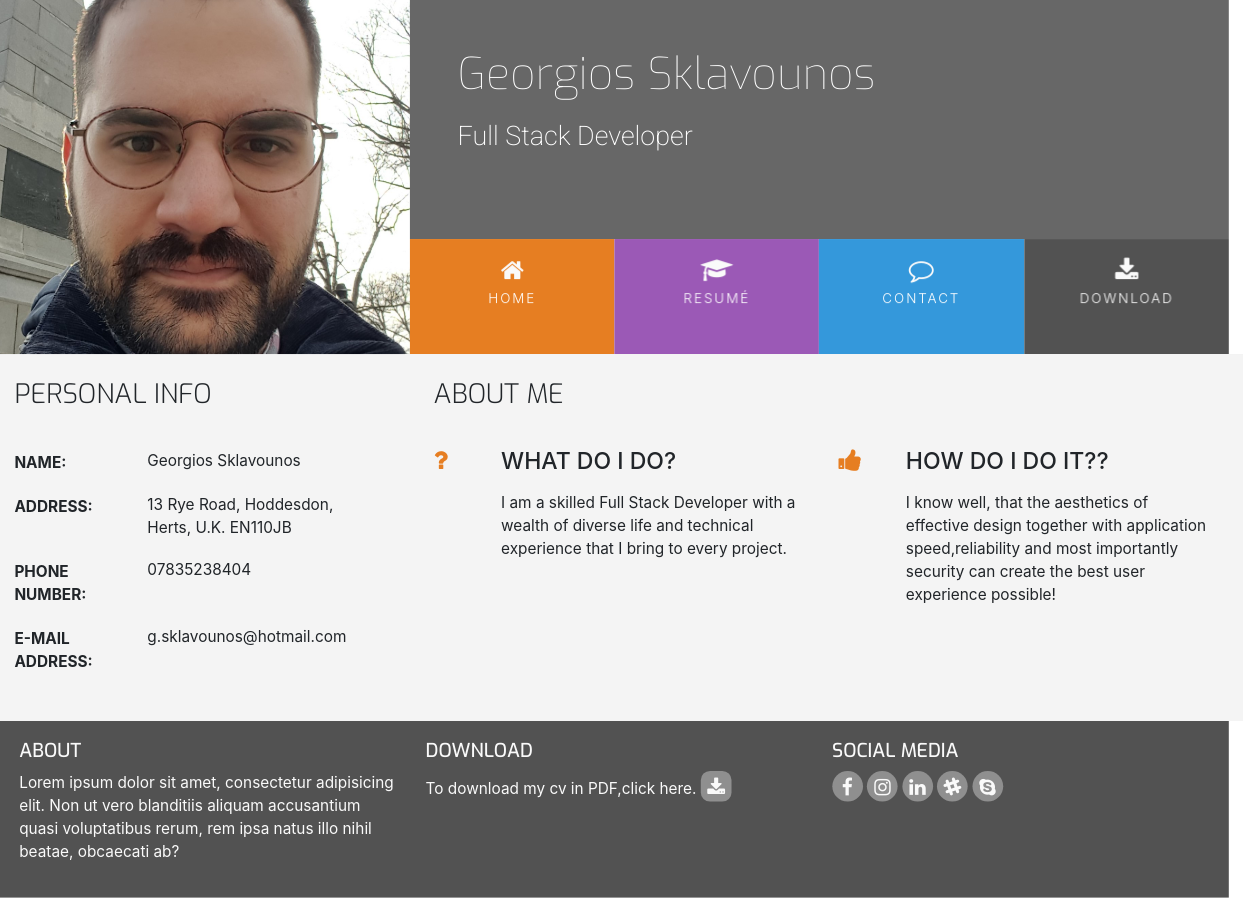
Repository: GeorgiosSklav/MyResume
Page: resume.html
The author's editor kept a record of every edit. The page is drawn from the files as they stood at one moment, then again after the next edit.
The browser window is 1280 px wide. The page is 1295 px wide, so the pictures cover 1295 px, including what lies to the right of the window. The pictures show the whole page, at 96% of full size.

Above is the page before.

After the next edit:
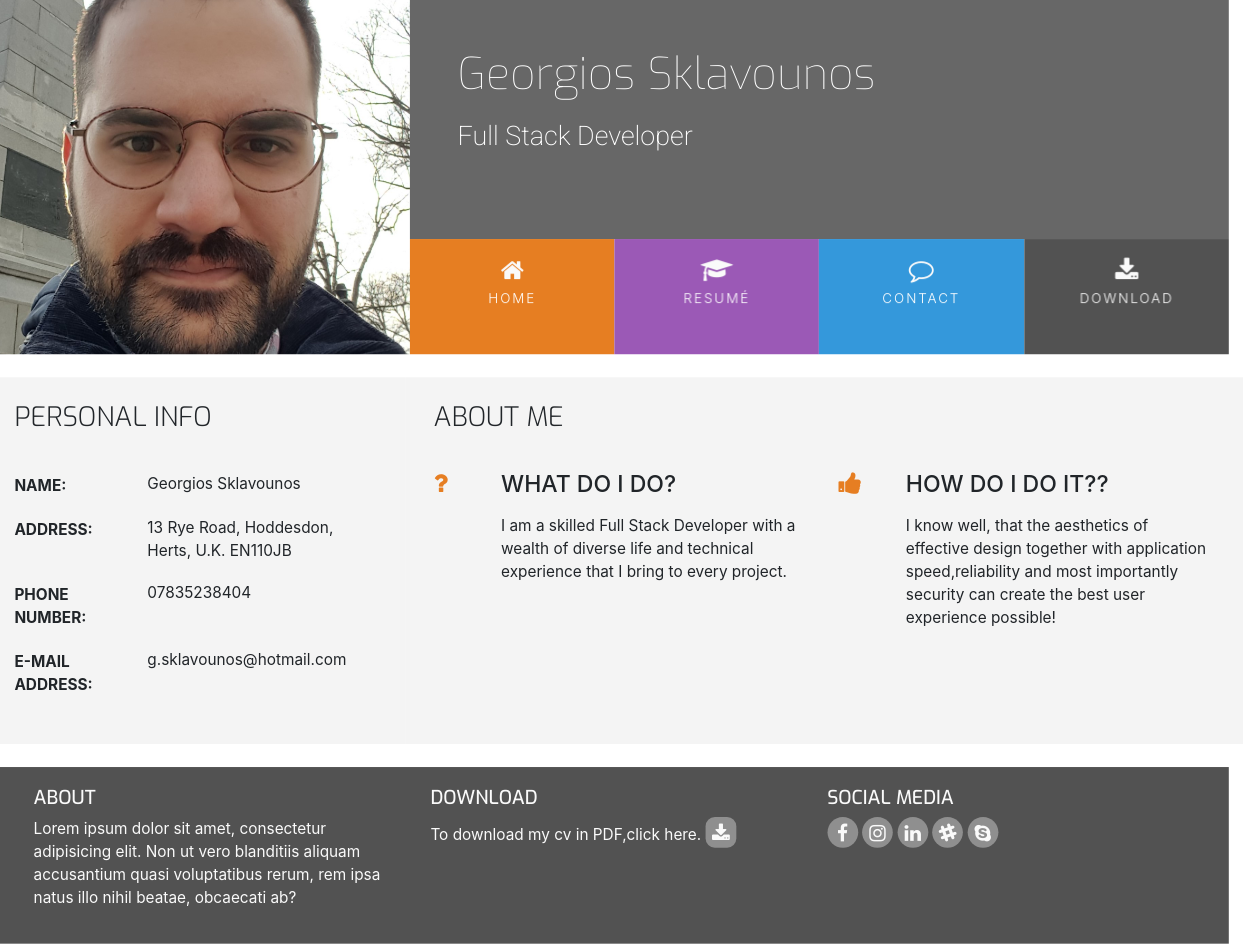
The edit:
--- a/assets/css/style.css
+++ b/assets/css/style.css
@@ -23,9 +23,11 @@
 .color-download {
     background-color: #525252;
 }
+
 .bg-color-three-reasons {
     background-color: #f4f4f4;
 }
+
 .bg-color-personal-info {
     background-color: #f4f4f4;
 }
@@ -52,9 +54,11 @@
 .inline-block {
     display: inline-block;
 }
+
 .row-table {
     display: table;
 }
+
 .section-column {
     display: table-cell;
     padding: 0 30px 30px;
@@ -67,6 +71,7 @@
     margin-top: 25px;
     margin-bottom: 40px;
 }
+
 /*----------------------heading*/
 
 header {
@@ -201,7 +206,7 @@
     -moz-transition: all 0.35s ease-in-out;
     -o-transition: all 0.35s ease-in-out;
     -webkit-transition: all 0.35s ease-in-out;*/
-       width: 32px;
+    width: 32px;
     height: 32px;
     padding: 12px 0;
     border-radius: 30%;
@@ -221,56 +226,58 @@
 .cv-pdf i:hover {
     color: #e84610;
 }
+
 .social-links i:hover {
-   color: #8f8f8f;
-   background: #e84610;
-}
+    color: #8f8f8f;
+    background: #e84610;
+}
+
 #footer-details {
     padding: 20px;
 }
+
 /*----------------------three-reasons*/
-.three-reasons-icon{
+
+.three-reasons-icon {
     font-size: 26px;
     color: #e67e22;
 }
+
 .three-reason-heading {
     margin-bottom: 15px;
 }
 
 /*----------------------personal-info*/
+
 .personal-info-item {
     margin-bottom: 20px;
     display: block;
     clear: both;
 }
+
 .personal-info-item .key,
 .personal-info-item .value {
     padding-right: 8px;
     display: inline-block;
 }
+
 .personal-info-item .key p,
 .personal-info-item .value p {
     margin: 0;
 }
+
 .personal-info-item .key {
     width: 30%;
     margin-right: 21px;
     padding-top: 2px;
     vertical-align: top;
 }
+
 .personal-info-item .key p {
     font-weight: 700;
 }
+
 .personal-info-item .value {
     width: 60%;
     position: relative;
 }
-/*----------------------Container-fluid*/
-
-.container-fluid {
-        width: 100%;
-    padding: 0;
-    padding-bottom: 0;
-    margin-right: auto;
-    margin-left: auto;
-}

After the edit that followed:
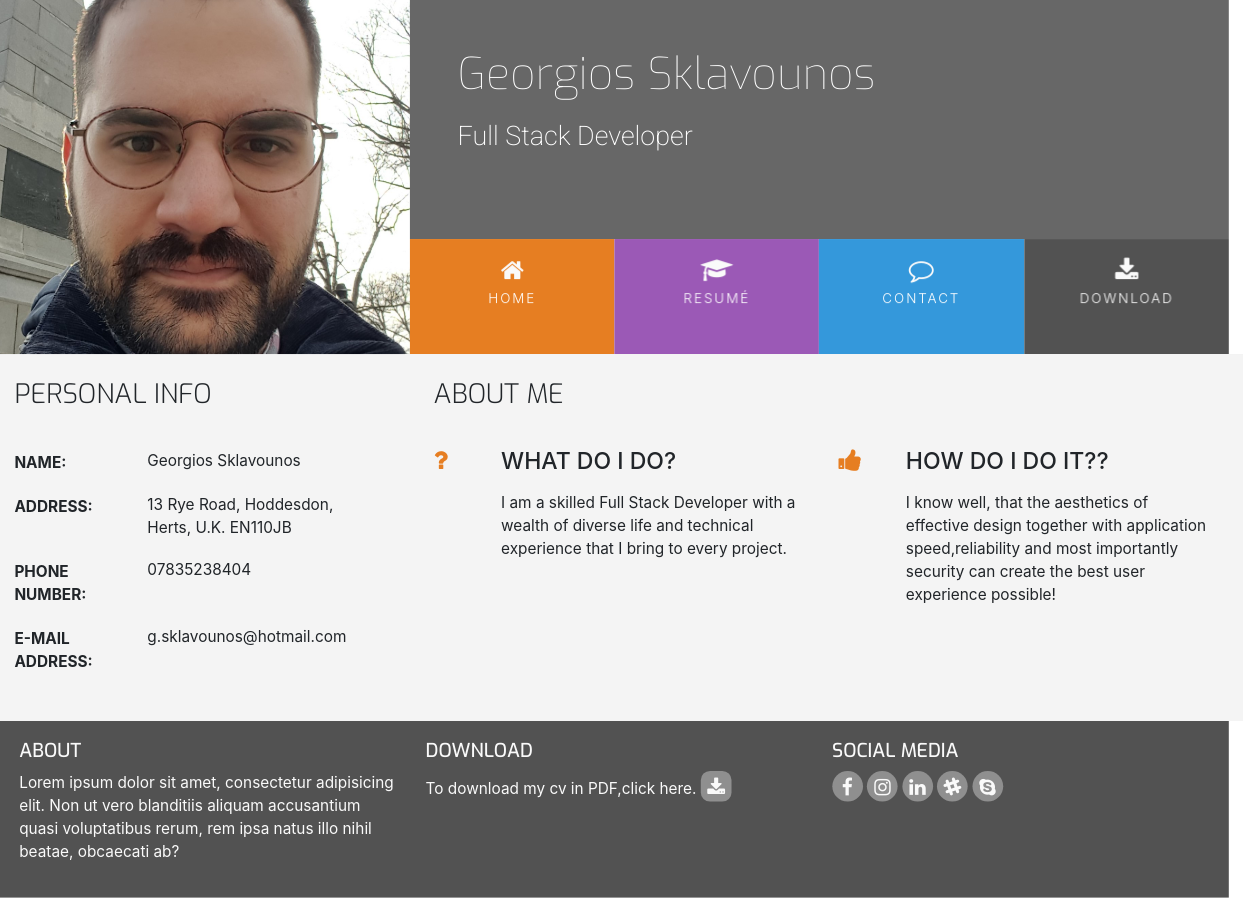
The edit:
--- a/assets/css/style.css
+++ b/assets/css/style.css
@@ -70,6 +70,16 @@
     font-weight: 300;
     margin-top: 25px;
     margin-bottom: 40px;
+}
+
+/*----------------------Container-fluid*/
+
+.container-fluid {
+    width: 100%;
+    padding: 0;
+    padding-bottom: 0;
+    margin-right: auto;
+    margin-left: auto;
 }
 
 /*----------------------heading*/
